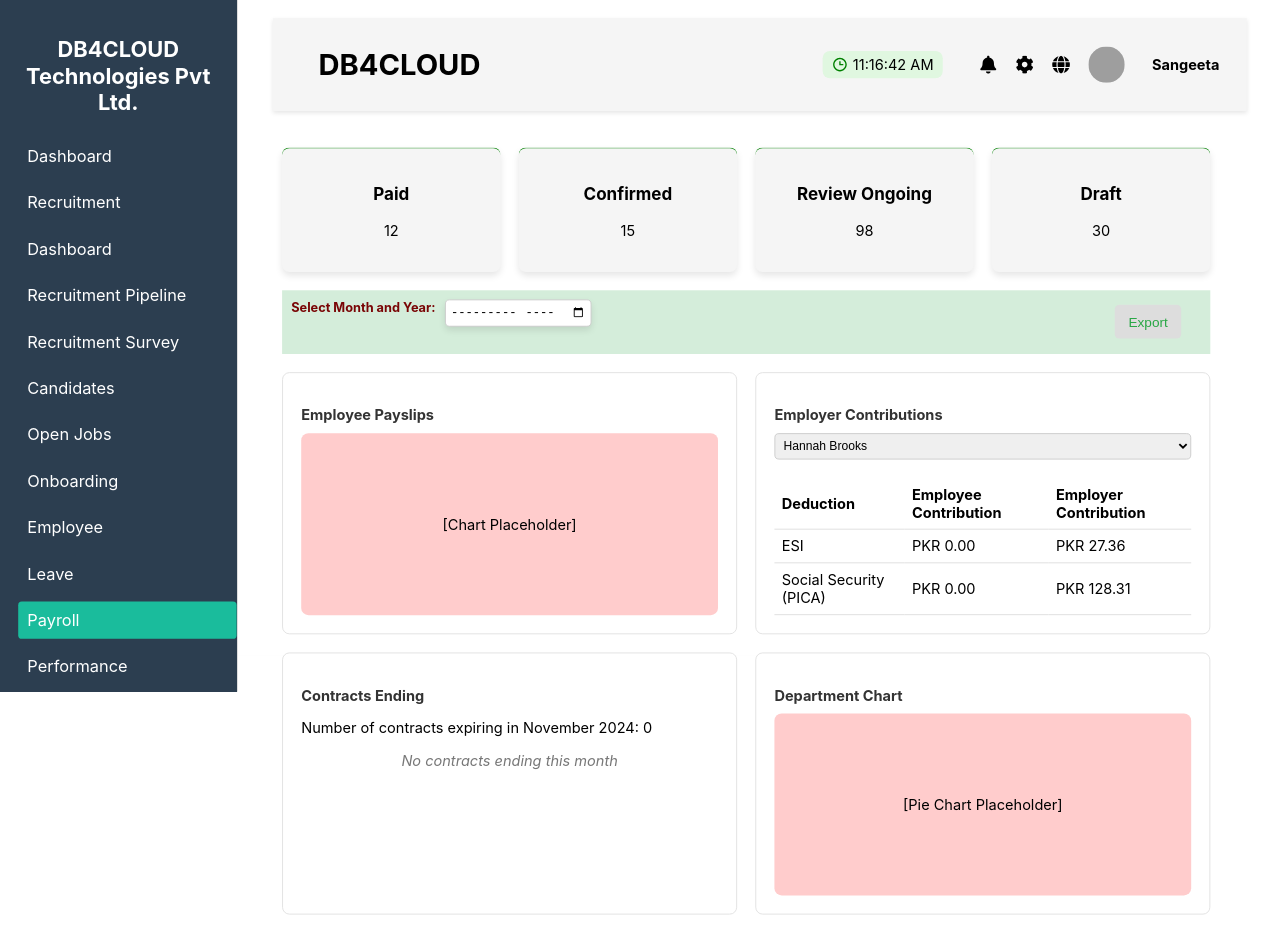
Repository: tinu-ns/Dev-code
Page: /payroll/payroll-dashboard (app in HRMS-DEMO-Sang/hrms/)
These files come from the project's save history. The page is drawn as it stood at one moment and after the next save; the edit follows.
The browser window is 1280 px wide. The page is 1390 px wide, so the pictures cover 1390 px, including what lies to the right of the window. The pictures show the whole page, at 91% of full size.
The pointer rests on the first visible `.export`.
Pictures or frames that could not be fetched are drawn as grey boxes. The project was rebuilt for these pictures with package versions that can differ from the ones it lists, and the page was loaded fresh each time. Also part of the build but not shown: HRMS-DEMO-Sang/hrms/src/components/Dashboard.js, HRMS-DEMO-Sang/hrms/src/components/Recruitment.js, HRMS-DEMO-Sang/hrms/src/components/Payroll/Payroll.js, HRMS-DEMO-Sang/hrms/src/components/Leave.js, HRMS-DEMO-Sang/hrms/src/components/Employee.js, HRMS-DEMO-Sang/hrms/src/components/MainContent.css, HRMS-DEMO-Sang/hrms/src/components/MainContent.js, HRMS-DEMO-Sang/hrms/src/components/RightSidebar.css and 8 more. Imported but missing from the stored project, and not drawn on this page: HRMS-DEMO-Sang/hrms/src/components/Onboarding, HRMS-DEMO-Sang/hrms/src/components/Performance.

Above is the page before, as saved 2024-11-06 11:51:12.

### HRMS-DEMO-Sang/hrms/src/App.js
// App.js
import React from 'react';
import { BrowserRouter as Router, Route, Routes, Navigate } from 'react-router-dom';
import Sidebar from './components/Sidebar';
import Dashboard from './components/Dashboard';
import Recruitment from './components/Recruitment';
import Onboarding from './components/Onboarding';
import Performance from './components/Performance';
import Payroll from './components/Payroll/Payroll';
import Leave from './components/Leave';
import Employee from './components/Employee';
import Header from './components/Header';
import MainContent from './components/MainContent';
import RightSidebar from './components/RightSidebar';
import RecruitmentDashboard from './components/Recruitment/RecruitmentDashboard';
import RecruitmentPipeline from './components/Recruitment/RecruitmentPipeline';
import Allowances from './components/Payroll/Allowances';
import Contract from './components/Payroll/Contract';
import Deductions from './components/Payroll/Deductions';
import Payslips from './components/Payroll/Payslips';
import PayrollDashboard from './components/Payroll/PayrollDashboard';
import EmployeeDashboard from './components/Employee/EmployeeDashboard';


import './App.css';

function App() {
  return (
    <Router>
      <div className="app">
        <Sidebar />
        <div className='content-container'>
          <Header />
          <div className="main-section">
            <Routes>
              {/* Main Dashboard Route */}
              <Route path="/" element={<><MainContent /><RightSidebar /></>} />

              {/* Subpage Routes */}
              <Route path="/dashboard" element={<Dashboard />} />
              <Route path="/recruitment" element={<Recruitment />} />
              <Route path="/recruitment/dashboard" element={<RecruitmentDashboard />} />
              <Route path="/recruitment/pipeline" element={<RecruitmentPipeline />} />
              <Route path="/recruitment/survey" element={<div>Survey Page</div>} />
              <Route path="/recruitment/candidates" element={<div>Candidates Page</div>} />
              <Route path="/recruitment/open-jobs" element={<div>Open Jobs Page</div>} />
              <Route path="/onboarding" element={<Onboarding />} />
              <Route path="/employee" element={<Employee />} />

              {/* Payroll Section Routes */}

              <Route path="/employee" element={<EmployeeDashboard />} />
            {/* Other routes */}
            <Route path="*" element={<Navigate to="/employee" />} />

              <Route path="/leave" element={<Leave />} />

              {/* Payroll Section Routes */}
              <Route path="/payroll" element={<Payroll />} />
              <Route path="/payroll/allowances" element={<Allowances />} />
              <Route path="/payroll/contract" element={<Contract />} />
              <Route path="/payroll/deductions" element={<Deductions />} />
              <Route path="/payroll/payslips" element={<Payslips />} />
              <Route path="/payroll/payroll-dashboard" element={<PayrollDashboard />} />
              <Route path="/performance" element={<Performance />} />


              {/* Redirect unknown routes to main dashboard */}
              <Route path="*" element={<Navigate to="/" />} />
            </Routes>
          </div>
        </div>
      </div>
    </Router>
  );
}

export default App;

### HRMS-DEMO-Sang/hrms/src/components/Sidebar.js
import React, {useState} from "react";
import { NavLink } from "react-router-dom";

import "./Sidebar.css"
const Sidebar = () => {
  const [isPayrollOpen, setIsPayrollOpen] = useState(false);
  const togglePayrollMenu = () => {
    setIsPayrollOpen(!isPayrollOpen);
  };


  return (
    <div className="container">
    <div className="sidebar">
      <h2>DB4CLOUD Technologies Pvt Ltd.</h2>
      <ul className="sidebar-list">
      <li>
          <NavLink to="/dashboard" activeClassName="active">
            Dashboard
          </NavLink>
        </li>
        <li>
          <NavLink to="/recruitment" activeClassName="active">
            Recruitment
          </NavLink>
          <ul>
            <li><NavLink to="/recruitment/dashboard">Dashboard</NavLink></li>
            <li><NavLink to="/recruitment/pipeline">Recruitment Pipeline</NavLink></li>
            <li><NavLink to="/recruitment/survey">Recruitment Survey</NavLink></li>
            <li><NavLink to="/recruitment/candidates">Candidates</NavLink></li>
            <li><NavLink to="/recruitment/open-jobs">Open Jobs</NavLink></li>
          </ul>
        </li>
        {/* Add more items as needed */}
        <li>
          <NavLink to="/onboarding" activeClassName="active">
            Onboarding
          </NavLink>
        </li>
        <li>
          <NavLink to="/employee" activeClassName="active">
            Employee
          </NavLink>
        </li>
        <li>
          <NavLink to="/leave" activeClassName="active">
            Leave
          </NavLink>
        </li>
            {/* Payroll section */}
        <li>
          <NavLink to="/payroll" activeClassName="active" className="menu-toggle" onClick={togglePayrollMenu}>
            Payroll
          </NavLink>

          {isPayrollOpen && (
            <ul className="submenu">
              <li><NavLink to="/payroll/payroll-dashboard">Dashboard</NavLink></li>
              <li><NavLink to="/payroll/allowances">Allowances</NavLink></li>
              <li><NavLink to="/payroll/contract">Contracts</NavLink></li>
              <li><NavLink to="/payroll/deductions">Deductions</NavLink></li>
              <li><NavLink to="/payroll/payslips">Payslips</NavLink></li>
              <li><NavLink to="/payroll/payroll">Payroll</NavLink></li>
              <li><NavLink to="/payroll/loan-advance-salary">Loan / Advance Salary</NavLink></li>
              <li><NavLink to="/payroll/encashments-reimbursements">Encashments & Reimbursements</NavLink></li>
              <li><NavLink to="/payroll/federal-tax">Federal Tax</NavLink></li>
            </ul>
          )}
        </li>
        <li>
          <NavLink to="/performance" activeClassName="active">
            Performance
          </NavLink>
        </li>
        <li>
          <NavLink to="/offboarding" activeClassName="active">
            Offboarding
          </NavLink>
        </li>
        <li>
          <NavLink to="/assets" activeClassName="active">
            Assets
          </NavLink>
        </li>
        <li>
          <NavLink to="/help-desk" activeClassName="active">
            Help Desk
          </NavLink>
        </li>
        <li>
          <NavLink to="/configuration" activeClassName="active">
            Configuration
          </NavLink>
        </li>
      </ul>
    </div>

    </div>
  );
};

export default Sidebar;

### HRMS-DEMO-Sang/hrms/src/components/Header.js
import React, {useState,useEffect} from 'react'
import {FaBell, FaCog, FaGlobe, FaSignOutAlt} from 'react-icons/fa'
import {BiTime} from 'react-icons/bi'
import './Header.css'

const Header = () => {
    const [currentTime, setCurrentTime] = useState('')
    const [showDropdown, setShowDropdown] = useState(false);

    const getCurrentTime = () => {
        const now = new Date()
        return now.toLocaleTimeString()   // Returns time as HH:MM:SS
    }

// Update time every second
useEffect(() => {
    const timer = setInterval(() => {
      setCurrentTime(getCurrentTime());
    }, 1000); // Update every 1000ms (1 second)

    // Cleanup interval on component unmount
    return () => clearInterval(timer);
  }, []); // Empty dependency array to run only on mount/unmount


    const toggleDropdown = () => {
        setShowDropdown(!showDropdown)
    }


  return (
    <header className='bg-container'>
      <div className='header'>
        <div className="header-left">
        <button className='menu-button'></button>
        <h1>DB4CLOUD</h1>
        </div>

        <div className="header-right">
          {/*  <p>You cannot mark attendence from this network</p> */}

                {/* Time display*/ }
                <div className="time-box">
                    <BiTime className='time-icon' />
                    <span>{currentTime}</span>
                </div>

                {/*Icons for notificatins, settings, etc. */}
                <FaBell className='icon' title='Notifications' />
                <FaCog className="icon" title="Settings" />
                <FaGlobe className='icon' title='Language' />

                {/* User Profile with dropdown*/ }

                <div className="user-profile" onClick={toggleDropdown}>
                    <div className="user-avatar">
                    < img src="https://th.bing.com/th/id/OIP.Pgv1PargHCECE7gCB5kJ-wHaKx?rs=1&pid=ImgDetMain"
                alt="user-Avatar" className="avatar" />
                    </div>
                    <span className="user-name">Sangeeta</span>

{showDropdown && (
    <div className="dropdown">
        <ul>
            <li>Profile</li>
            <li>Setting</li>
            <li>
                <FaSignOutAlt /> Logout
            </li>
        </ul>
    </div>
)}

</div>

     {  /*      <div className="user-info">
                <span className='user-name'>Shalu</span>
                < img src="https://th.bing.com/th/id/OIP.Pgv1PargHCECE7gCB5kJ-wHaKx?rs=1&pid=ImgDetMain"
                alt="user-Avatar" className="avatar" />
            </div>
            */ }
        </div>


      </div>

    </header>
  )
}

export default Header

### HRMS-DEMO-Sang/hrms/src/App.css
.app{
  display: flex;
  height: 100vh;
  background-color: #f4f4f4;
}

.content-container{
  flex-grow: 1;
  padding: 20px;
  background-color: #fff;
  margin-left: 200px;
  display: flex;
  flex-direction: column;

}

.main-section{
  display: flex;
  justify-content: space-between;
  padding: 20px;
}


.sidebar {
  width: 220px;
  background-color: #2c3e50;
  position: fixed;
  height: 100vh;
}

### HRMS-DEMO-Sang/hrms/src/components/Sidebar.css
 .container{
    display: flex;
    height: 100vh;
    margin-right: 50px;
}

/*
.content{
    flex-grow: 1;
    padding: 20px;
    padding-left: 50px;

}  */

.sidebar {
    width: 220px;
    height: 100vh;
    background-color: #503f2c;
    padding: 20px;
    color: white;
    height: 100vh;
    position: fixed;
    border-right: 2px solid #ddd;
    overflow-y: auto;        /* Allows vertical scrolling */
    position: fixed;
    margin-right: 200px;        /* Keeps sidebar fixed on the left side */

  }



  .sidebar h2{
    text-align: center;
    margin-bottom: 30px;
    font-size: 24px;
  }

  .sidebar-list{
    list-style-type: none;
    padding: 0;
  }


  .sidebar-list li{
    margin-bottom: 15px;
  }

  .sidebar-list li a {
    color: white;
    text-decoration: none;
    font-size: 18px;
    padding: 10px;
    border-radius: 4px;
    display: block;
  }

  .sidebar-list li a:hover{
    color: #1abc9c;
  }

  .sidebar-list li a.active{
    background-color: #1abc9c;
    color: white;
  }

  .sidebar {
    width: 250px;
    background-color: #2E3A46;
    color: #FFF;
    padding: 20px;
    height: 100vh;
  }

  .sidebar h2 {
    font-size: 1.5em;
    margin-bottom: 1em;
  }

  .sidebar ul {
    list-style: none;
    padding: 0;
  }

  .sidebar li {
    margin: 10px 0;
  }

  .sidebar li ul {
    margin-top: 5px;
  }

  .sidebar a {
    color: #FFF;
    text-decoration: none;
  }

  .sidebar a:hover {
    text-decoration: underline;
  }

  .sidebar a.active {
    color: #20c997;
  }

  .sidebar ul li a:hover, .menu-toggle:hover {
    background-color: #34495e;
  }

  .menu-toggle {
    background: none;
    border: none;
    color: #ecf0f1;
    font-size: 1rem;
    text-align: left;
    cursor: pointer;
    width: 100%;
    padding: 10px;
  }

  .submenu {
    list-style-type: none;
    padding-left: 20px;
  }

  .submenu li a {
    padding-left: 20px;
    font-size: 0.9rem;
  }

### HRMS-DEMO-Sang/hrms/src/components/Employee.css
/* EmployeeDashboard.css */
.employee-dashboard {
    padding: 20px;
  }

  .container {
    display: flex;
    justify-content: space-between;
    align-items: flex-start;
  }

  .month-year-selector {
    width: 40%;
  }

  .employee-details {
    width: 55%;
    padding: 10px;
    border: 1px solid #ccc;
    border-radius: 5px;
  }

  .calendar {
    margin-top: 10px;
    border: 1px solid #007bff;
    padding: 10px;
  }

  .calendar-month {
    display: grid;
    grid-template-columns: repeat(7, 1fr); /* 7 columns for the days */
    gap: 5px;
  }

  .calendar-day {
    padding: 10px;
    background-color: #f0f0f0;
    text-align: center;
    cursor: pointer;
    border: 1px solid #ccc;
    border-radius: 3px;
    transition: background-color 0.3s;
  }

  .calendar-day:hover {
    background-color: #d0e8ff;
  }

  .employee-chart {
    margin-top: 10px;
  }

  .employee-status {
    padding: 10px;
    border: 1px solid #ccc;
    border-radius: 5px;
    display: flex;
    justify-content: space-between;
    margin-bottom: 5px;
  }

  .draft { background-color: #fff3cd; }
  .reviewed { background-color: #cce5ff; }
  .confirmed { background-color: #d4edda; }
  .paid { background-color: #d1ecf1; }

### HRMS-DEMO-Sang/hrms/src/components/Header.css
.bg-container{
  padding-left: 30px;

}

.header {
    background-color: #f5f5f5;
    padding: 10px 20px;
    display: flex;
    justify-content: space-between;
    align-items: center;
    box-shadow: 0px 2px 5px rgba(0, 0, 0, 0.1);
  }

  .header-left {
    display: flex;
    align-items: center;
  }

  .menu-button {
    font-size: 24px;
    background: none;
    border: none;
    cursor: pointer;
  }

  .h1{
    margin-left: 15px;
    font-size: 24px;
    color: red! important ;
  }

  .header-right{
    display: flex;
    align-items: center;
  }

  .icon{
    margin-left: 20px;
    font-size: 20px;
    cursor: pointer;
  }

  .time-box {
    display: flex;
    align-items: center;
    background-color: #e0f7e0;
    padding: 5px 10px;
    border-radius: 8px;
    margin-right: 20px;
  }

  .time-icon {
    margin-right: 5px;
    font-size: 18px;
    color: green;
  }

  .user-profile{
    display: flex;
    align-items: center;
    cursor: pointer;
    position: relative;
  }

  .user-avatar{
    padding: 20px;
  }

  .avatar{
    width: 40px;
    height: 40px;
    background-color: #d4d4d4;
    border-radius: 50%;
    display: flex;
    justify-content: center;
    align-items: center;
    font-size: 18px;
    color: white;
    margin-right: 10px;

  }

  .user-name{
    font-weight: bold;
  }

  .dropdown{
    position: absolute;
    top: 50px;
    right: 0;
    background-color: #fff;
    box-shadow: 0px 2px 8px rgba(0, 0, 0, 0.1);
    border-radius: 5px;
    z-index: 100;
  }

  .dropdown ul {
    list-style-type: none;
    padding: 10px;
    margin: 0;
  }

  .dropdown ul li {
    padding: 10px 15px;
    cursor: pointer;
  }

  .dropdown ul li:hover {
    background-color: #f5f5f5;
  }

  .user-info {
    display: flex;
    align-items: center;
  }

  .user-name {
    margin-right: 10px;
  }

### HRMS-DEMO-Sang/hrms/src/components/Recruitment/RecruitmentPipeline.css
.pipeline-container {
    padding: 20px;
    background-color: #f5f5f5;
    border-radius: 8px;
  }

  .pipeline-section {
    margin-top: 20px;
  }

  .pipeline-section h3 {
    background-color: #f8f9fa;
    padding: 10px;
    border-left: 5px solid #ffa500;
  }

  .recruitment-table {
    width: 100%;
    border-collapse: collapse;
  }

  .recruitment-table th,
  .recruitment-table td {
    padding: 10px;
    border-bottom: 1px solid #ddd;
    text-align: left;
  }

  .recruitment-table th {
    background-color: #f1f1f1;
  }

  button {
    padding: 5px 10px;
    margin: 0 5px;
    border: none;
    border-radius: 4px;
    cursor: pointer;
  }

  button:hover {
    background-color: #ddd;
  }

### HRMS-DEMO-Sang/hrms/src/components/Payroll/PayrollDashboard.css
/* PayrollDashboard.css */
.payroll-dashboard {
  padding: 20px;
}

.status-containers {
  display: flex;
  justify-content: space-between;
  margin-bottom: 20px;
}

.status-container {
  background-color: #f0f0f0;
  border: 1px solid #ccc;
  padding: 10px;
  text-align: center;
  width: 18%;
}

.paid {
  background-color: #d4edda;
}
.confirmed {
  background-color: #cce5ff;
}
.review {
  background-color: #fff3cd;
}
.draft {
  background-color: #f8d7da;
}


.export-buttons {
  display: flex;
  gap: 10px;
  padding: 10px;
  text-align: center;
  cursor: pointer;
  width: 100px;


}

.export{
    color: #28a745;
    font-size: 15px;
    padding: 10px 15px;
    font-weight: 400;
    cursor: pointer;
    font-size: 15px;
    background-color:  #e3e8eb;
    border-radius: 5px;
    border: none;




}

.export-form {
  margin-top: 20px;
  border: 1px solid #ccc;
  padding: 20px;
  background-color: #f9f9f9;
  border: 1px solid #ccc;
  border-radius: 5px;
  width: 40%;
  display: flex;
  flex-direction: column;
  box-shadow: 0px 4px 8px rgba(0, 0, 0, 0.1);
}

.form-row {
    display: flex;
    gap: 20px;
    margin-bottom: 10px;
  }

  .form-group {
    display: flex;
    flex-direction: column;
    flex: 1;
  }

  .form-group label {
    margin-bottom: 5px;
    font-size: 14px;
    color: #333;
    font-weight: bold;
  }

.export-form label {
  display: block;
  margin-bottom: 10px;
}

.export-form input,
.export-form select {
    padding: 8px;
  border: 1px solid #ccc;
  border-radius: 5px;
}

.export-form button {
  margin-top: 10px;
  padding: 10px;
  background-color: #28a745;
  color: white;
  border: none;
  cursor: pointer;
}

.submit-button:hover {
    background-color: #218838;
  }

.status {
  display: flex;
  justify-content: space-around;
  gap: 20px;
}

.status-item {
  background-color: #f5f5f5;
  padding: 20px;
  width: 200px;
  text-align: center;
  border-radius: 8px;
  margin-bottom: 20px;
  box-shadow: 0px 4px 8px rgba(0, 0, 0, 0.1);
  border-top: 1px solid green;
}

.row-container {
  display: flex;
  align-items: center;
  justify-content: space-between; /* Space between calendar and export button */
  margin-bottom: 20px;
  background-color: #d4edda;
  text-align: center;

}

.calendar-container {
    margin-bottom: 20px;
  }


.date-selector {
  display: flex;
  flex-direction: row;
  padding: 10px;
}

.date-selector label {
  font-size: 14px;
  margin-bottom: 5px;
  margin-right: 10px;
  color: rgb(121, 5, 5);
  font-weight: bold;
  text-align: center;
}

.date-selector input[type="month"] {
  padding: 5px;
  border: 1px solid #ccc;
  border-radius: 5px;
  box-shadow: 0px 4px 8px rgba(0, 0, 0, 0.1);
}

.dashboard-content {
  display: grid;
  grid-template-columns: 1fr 1fr;
  gap: 20px;
}

.employee-payslips,
.contributions,
.contracts-ending,
.department-chart {
  background-color: #ffffff;
  border: 1px solid #e0e0e0;
  border-radius: 8px;
  padding: 20px;
}

.employee-payslips h3,
.contributions h3,
.contracts-ending h3,
.department-chart h3 {
  font-size: 16px;
  color: #333333;
  margin-bottom: 10px;
}

.payslip-chart,
.chart-placeholder {
  height: 200px;
  background-color: #ffcccc;
  border-radius: 8px;
  display: flex;
  align-items: center;
  justify-content: center;
}

.employee-dropdown {
  width: 100%;
  padding: 5px;
  margin-bottom: 10px;
  border: 1px solid #ccc;
  border-radius: 5px;
}

table {
  width: 100%;
  border-collapse: collapse;
  margin-top: 10px;
}

th,
td {
  padding: 8px;
  text-align: left;
  border-bottom: 1px solid #ddd;
}

.no-contracts {
  text-align: center;
  color: #777;
  font-style: italic;
}

### HRMS-DEMO-Sang/hrms/src/components/Employee/EmployeeDashboard.css
/* EmployeeDashboard.css */
.employee-dashboard {
    padding: 20px;
  }

  .container {
    display: flex;
    justify-content: space-between;
    align-items: flex-start;
  }

  .month-year-selector {
    width: 40%;
  }

  .employee-details {
    width: 55%;
    padding: 10px;
    border: 1px solid #ccc;
    border-radius: 5px;
  }

  .calendar {
    margin-top: 10px;
    border: 1px solid #007bff;
    padding: 10px;
  }

  .calendar-month {
    display: grid;
    grid-template-columns: repeat(7, 1fr); /* 7 columns for the days */
    gap: 5px;
  }

  .calendar-day {
    padding: 10px;
    background-color: #f0f0f0;
    text-align: center;
    cursor: pointer;
    border: 1px solid #ccc;
    border-radius: 3px;
    transition: background-color 0.3s;
  }

  .calendar-day:hover {
    background-color: #d0e8ff;
  }

  .employee-chart {
    margin-top: 10px;
  }

  .employee-status {
    padding: 10px;
    border: 1px solid #ccc;
    border-radius: 5px;
    display: flex;
    justify-content: space-between;
    margin-bottom: 5px;
  }

  .draft { background-color: #fff3cd; }
  .reviewed { background-color: #cce5ff; }
  .confirmed { background-color: #d4edda; }
  .paid { background-color: #d1ecf1; }

Loaded but not shown: HRMS-DEMO-Sang/hrms/public/index.html (common file); HRMS-DEMO-Sang/hrms/src/index.js (common file); HRMS-DEMO-Sang/hrms/src/index.css (common file); HRMS-DEMO-Sang/hrms/src/reportWebVitals.js (common file); HRMS-DEMO-Sang/hrms/public/manifest.json (common file); HRMS-DEMO-Sang/hrms/src/components/Payroll/PayrollDashboard.js (185 lines, source omitted)

After the next save:
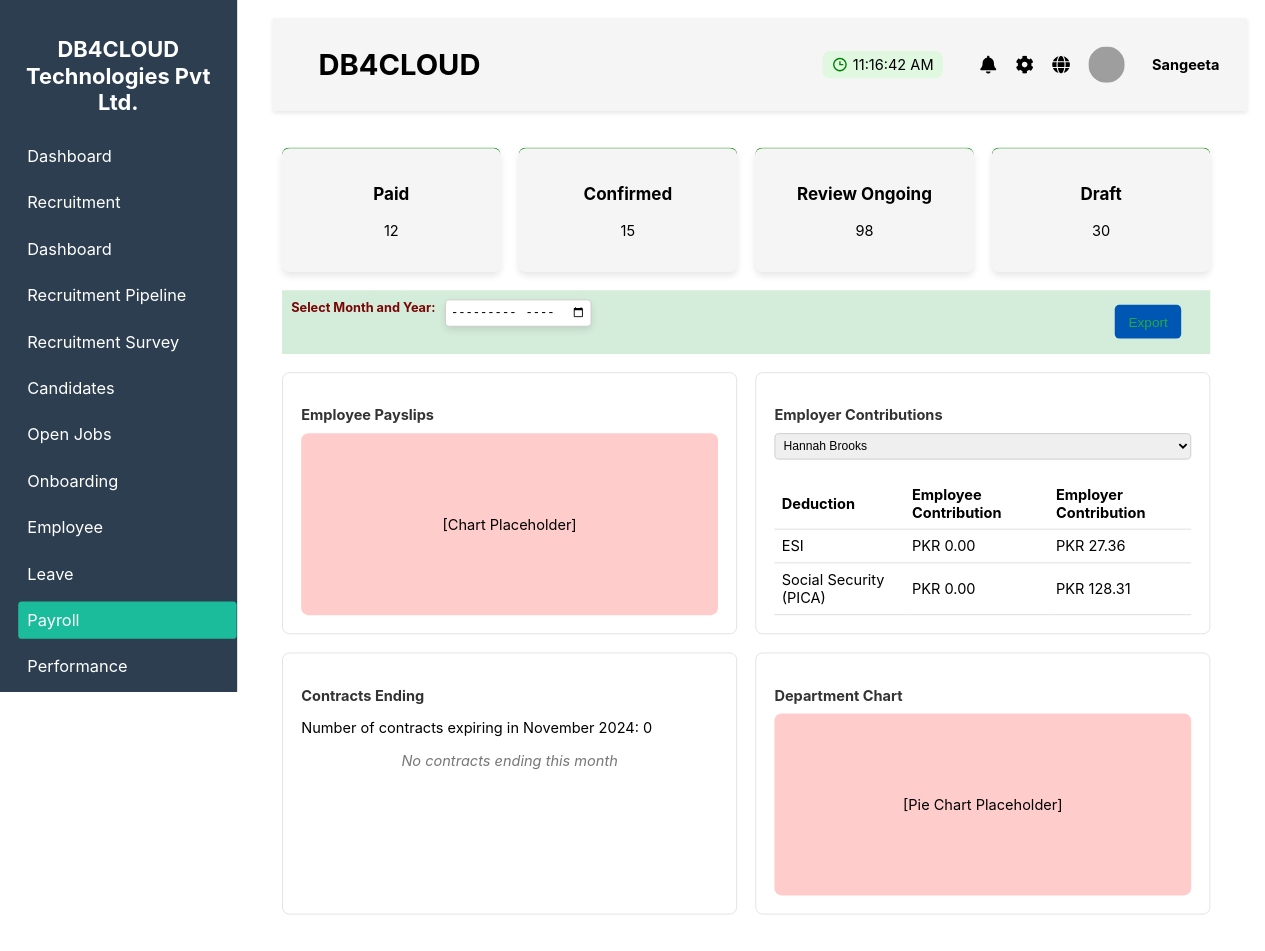
Saved 24 s later.
--- a/HRMS-DEMO-Sang/hrms/src/components/Payroll/PayrollDashboard.css
+++ b/HRMS-DEMO-Sang/hrms/src/components/Payroll/PayrollDashboard.css
@@ -52,11 +52,11 @@
     background-color:  #e3e8eb;
     border-radius: 5px;
     border: none;
-
-
-
-
-}
+}
+
+.export:hover {
+    background-color: #0056b3;
+  }
 
 .export-form {
   margin-top: 20px;
